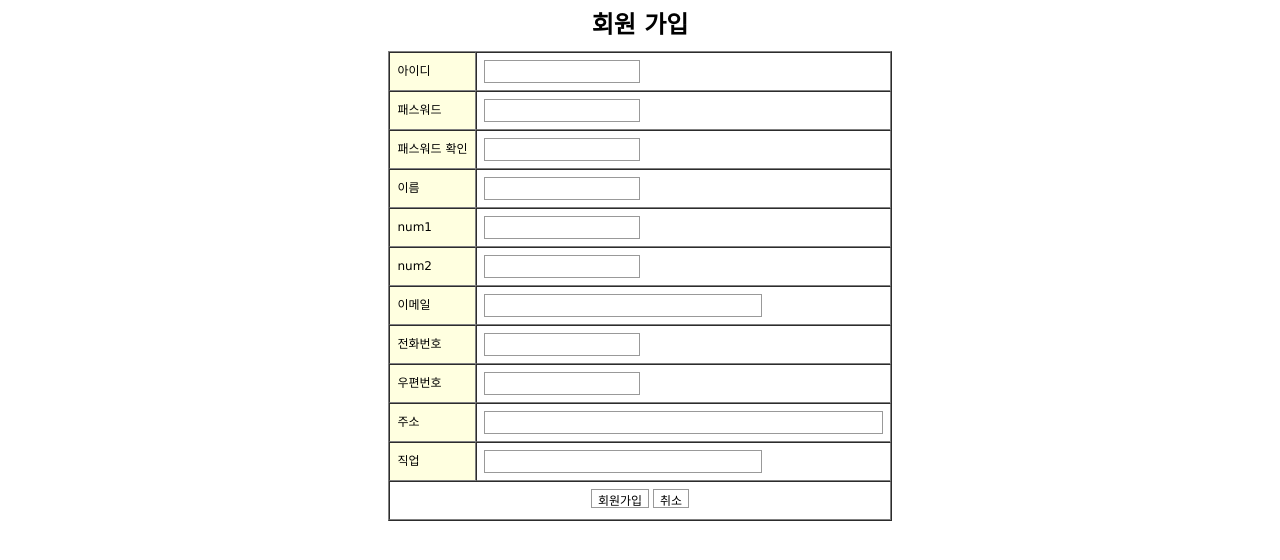
Repository: leekyengho/zodiac
Page: http://localhost/jsphomepage/homepage/member.jsp
These files come from the project's save history. The page is drawn as it stood at one moment and after the next save; the edit follows.
The browser window is 1280 px wide. The pictures show the whole page.
The page is served by Tomcat 9. Other server files are loaded and not shown.

Above is the page before, as saved 2016-11-26 19:03:47.

### jsphomepage/WebContent/homepage/member.jsp
<%@ page language="java" contentType="text/html; charset=EUC-KR"
    pageEncoding="EUC-KR"%>
<!DOCTYPE html PUBLIC "-//W3C//DTD HTML 4.01 Transitional//EN" "http://www.w3.org/TR/html4/loose.dtd">
<html>
<head>
<meta http-equiv="Content-Type" content="text/html; charset=EUC-KR">
<title>Insert title here</title>
</head>
<body>
<div align=center>
<h1>회원 가입</h1>
<link href="style.css" rel="stylesheet" type="text/css">
<script type="text/javascript" src="script.js"></script>
<script type="text/javascript">
	function idCheck(id) {
		frm = document.regFrm;
		if(id=="") {
			alert("아이디를 입력하세요.");
			frm.id.focus();
			return;
		}
		url = "idCheck.jsp?id=" + id;
		window.open(url, "IDCheck", "width=300, heigth=150");
	}

	function zipCheck() {
		url = "zipCheck.jsp?check=y";
		window.open(url, "ZipCodeSearch", "width=500, height=300, scrollbars=yes");
	}
</script>
	<form name=memberFrm  method="post" action="memberProc.jsp">
		<table border=1 cellpadding=7 cellspacing=0 >
			<tr>
				<td bgcolor=lightyellow>아이디 </td>
    			<td align=left><input type="text" name="id"  maxlength=20></td>
    		</tr>
			<tr>
				<td bgcolor=lightyellow>패스워드 </td>
    			<td align=left><input type="password" name="passwd"  maxlength=20></td>
    		</tr>
			<tr>
				<td bgcolor=lightyellow>패스워드 확인 </td>
  			    <td align=left><input type="password" name="repasswd"  maxlength=20></td>
  			</tr>
			<tr>
				<td bgcolor=lightyellow>이름 </td>
    			<td align=left><input type="text" name="name"  maxlength=20/></td>
    		</tr>
			<tr>
				<td bgcolor=lightyellow>num1</td>
   				<td align=left><input type="text" name="num1"  maxlength=7></td>
   			</tr>
			<tr>
				<td bgcolor=lightyellow>num2 </td>
  				<td align=left><input type="text" name="num2"  maxlength=7 ></td>
  			</tr>
			<tr>
				<td bgcolor=lightyellow>이메일 </td>
  				<td align=left><input type="text" name="email" maxlength=30 size=40></td>
  			</tr>
			<tr>
				<td bgcolor=lightyellow>전화번호 </td>
  				<td align=left><input type="text" name="phone" maxlength=30></td>
  			</tr>
			<tr>
				<td bgcolor=lightyellow>우편번호</td>
   				<td align=left><input type="text" name="zipcode" maxlength=7></td>
   			</tr>
			<tr>
				<td bgcolor=lightyellow>주소 </td>
    			<td align=left><input type="text" name="address" maxlength=30 size=60></td>
    		</tr>
			<tr>
				<td bgcolor=lightyellow>직업</td>
   				<td align=left><input type="text" name="job" maxlength=30 size=40></td>
   			</tr>
			<tr>
				<td colspan=2 align=center><input type="submit" value="회원가입">
    			<input type="reset" value="취소"></td>
    		</tr>
		</table>
	</form>
</div>
</body>
</html>

### jsphomepage/WebContent/homepage/style.css
BODY {
	FONT-SIZE: 9pt; COLOR: black; LINE-HEIGHT: 160%; FONT-FAMILY: 굴림,verdana,tahoma
}
TD {
	FONT-SIZE: 9pt; COLOR: black; LINE-HEIGHT: 160%; FONT-FAMILY: 굴림,verdana,tahoma
}
SELECT {
	FONT-SIZE: 9pt; COLOR: black; LINE-HEIGHT: 160%; FONT-FAMILY: 굴림,verdana,tahoma
}
DIV {
	FONT-SIZE: 9pt; COLOR: black; LINE-HEIGHT: 160%; FONT-FAMILY: 굴림,verdana,tahoma
}
FORM {
	FONT-SIZE: 9pt; COLOR: black; LINE-HEIGHT: 160%; FONT-FAMILY: 굴림,verdana,tahoma
}
TEXTAREA {
	BORDER-RIGHT: 1px solid #999999; BORDER-TOP: 1px solid #999999; FONT-SIZE: 9pt; BORDER-LEFT: 1px solid #999999 ; COLOR: BLACK; BORDER-BOTTOM: 1px solid #999999; FONT-FAMILY: 굴림,verdana; BACKGROUND-COLOR: white
}
INPUT {
	BORDER-RIGHT: 1px solid #999999; BORDER-TOP: 1px solid #999999; FONT-SIZE: 9pt; BORDER-LEFT: 1px solid #999999; COLOR: BLACK; BORDER-BOTTOM: 1px solid #999999; FONT-FAMILY: 굴림,verdana; HEIGHT: 19px; BACKGROUND-COLOR: white
}

A:link {text-decoration:none;color:#696969}
A:hover{text-decoration:yes;color:#66CCFF}
A:visited {text-decoration:none;color:#330066}

### jsphomepage/WebContent/homepage/script.js
function loginCheck(){
	if(document.login.mem_id.value==""){
		alert("아이디를를 입력해 주세요.");
		document.login.mem_id.focus();
		return;
	}
	if(document.login.mem_passwd.value==""){
		alert("비밀번호를 입력해 주세요.");
		document.login.mem_passwd.focus();
		return;
	}
	document.login.submit();
}

function memberReg(){
	document.location="Register.jsp";
}

function inputCheck(){
	if(document.regForm.mem_id.value==""){
		alert("아이디를 입력해 주세요.");
		document.regForm.mem_id.focus();
		return;
	}
	if(document.regForm.mem_passwd.value==""){
		alert("비밀번호를 입력해 주세요.");
		document.regForm.mem_passwd.focus();
		return;
	}
	if(document.regForm.mem_repasswd.value==""){
		alert("비밀번호를 확인해 주세요");
		document.regForm.mem_repasswd.focus();
		return;
	}
	if(document.regForm.mem_name.value==""){
		alert("이름을 입력해 주세요.");
		document.regForm.mem_name.focus();
		return;
	}
	if(document.regForm.mem_num1.value==""){
		alert("주민번호을 입력해 주세요.");
		document.regForm.mem_num1.focus();
		return;
	}
	if(document.regForm.mem_num2.value==""){
		alert("주민번호을 입력해 주세요.");
		document.regForm.mem_num2.focus();
		return;
	}
	if(document.regForm.mem_email.value==""){
		alert("이메일을 입력해 주세요.");
		document.regForm.mem_email.focus();
		return;
	}
	if(document.regForm.mem_phone.value==""){
		alert("연락처를 입력해 주세요.");
		document.regForm.mem_phone.focus();
		return;
	}
	if(document.regForm.mem_job.value=="0"){
		alert("직업을 선택해 주세요.");
		document.regForm.mem_job.focus();
		return;
	}

	if(document.regForm.mem_passwd.value != document.regForm.mem_repasswd.value){
		alert("비밀번호가 일치하지 않습니다.");
		document.regForm.mem_repasswd.focus();
		return;
	}
	document.regForm.submit();
}

//ID중복체크시 검사
function idCheck(id){
	if(id == ""){
		alert("아이디를 입력해 주세요.");
	}else{
		url="IdCheck.jsp?mem_id=" + id;
		window.open(url,"post","width=300,height=150");
	}
}

function zipCheck(){
		url="ZipCheck.jsp?check=y";
		window.open(url,"post","toolbar=no ,width=500 ,height=300 ,directories=no,status=yes,scrollbars=yes,menubar=no");
}

function win_close(){
	self.close();
}

After the next save:
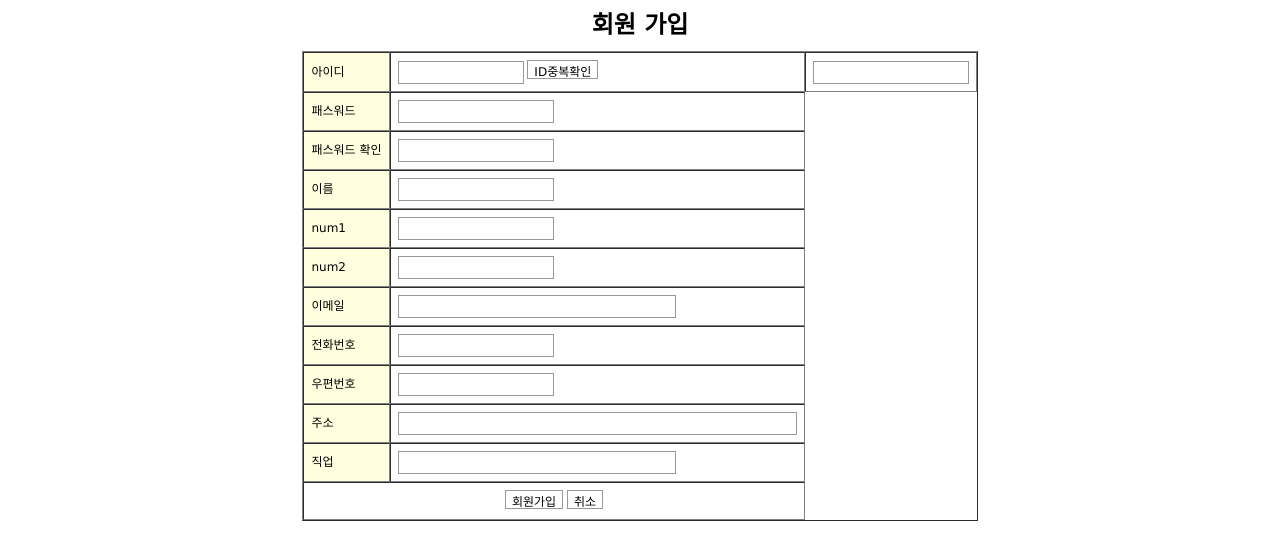
Saved 4 min 6 s later.
--- a/jsphomepage/WebContent/homepage/member.jsp
+++ b/jsphomepage/WebContent/homepage/member.jsp
@@ -32,6 +32,8 @@
 		<table border=1 cellpadding=7 cellspacing=0 >
 			<tr>
 				<td bgcolor=lightyellow>아이디 </td>
+				<td><input type="text" name="id" size="15" value="">
+				<input type="button" value="ID중복확인" onClick="idCheck(this.form.id.value)"></td>
     			<td align=left><input type="text" name="id"  maxlength=20></td>
     		</tr>
 			<tr>
